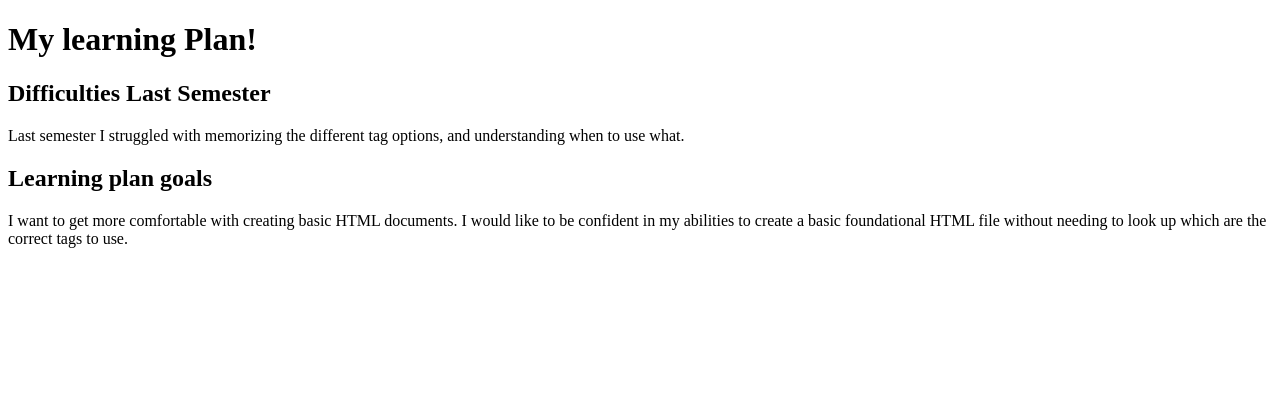
Repository: awollf/mdia-2109
Page: learning-plan.html
The author's editor kept a copy of each file at every save. The page is drawn from the files as they stood at one save, then again after the next save.
The browser window is 1280 px wide. The pictures show the whole page.

Above is the page before, as saved 2026-01-26 11:38:38.

After the next save:
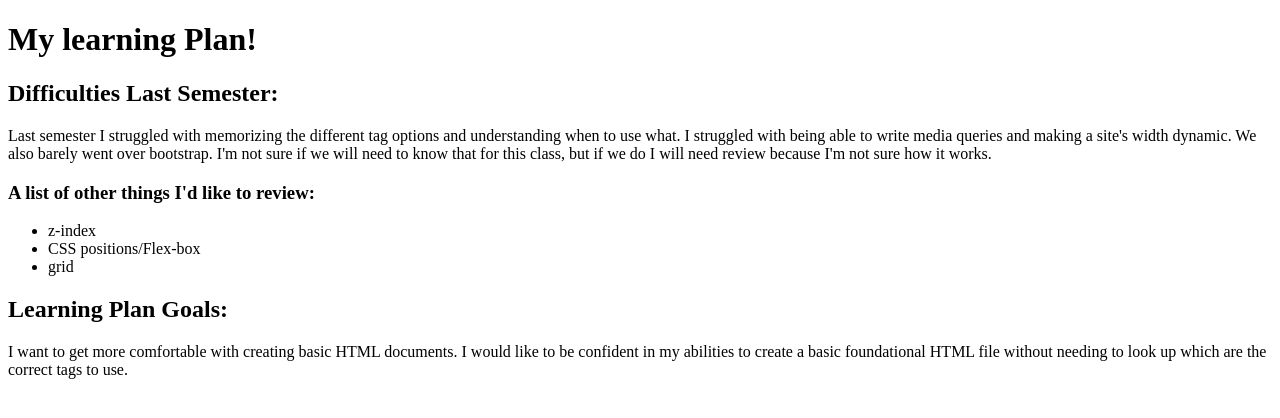
Saved 9 min 10 s later.
--- a/learning-plan.html
+++ b/learning-plan.html
@@ -8,10 +8,21 @@
 <body>
     <h1>My learning Plan!</h1>
 
-    <h2>Difficulties Last Semester</h2>
-    <p>Last semester I struggled with memorizing the different tag options, and understanding when to use what. </p>
+    <h2>Difficulties Last Semester:</h2>
+    <p>Last semester I struggled with memorizing the different tag options and understanding when to use what.
+        I struggled with being able to write media queries and making a site's width dynamic.
+        We also barely went over bootstrap. I'm not sure if we will need to know that for this class, but if we do
+        I will need review because I'm not sure how it works.
+    </p>
 
-    <h2>Learning plan goals</h2>
+    <h3>A list of other things I'd like to review:</h3>
+    <ul>
+        <li>z-index</li>
+        <li>CSS positions/Flex-box</li>
+        <li>grid</li>
+    </ul>
+
+    <h2>Learning Plan Goals:</h2>
     <p>I want to get more comfortable with creating basic HTML documents. I would like to be confident in my abilities
         to create a basic foundational HTML file without needing to look up which are the correct tags to use. </p>
 
